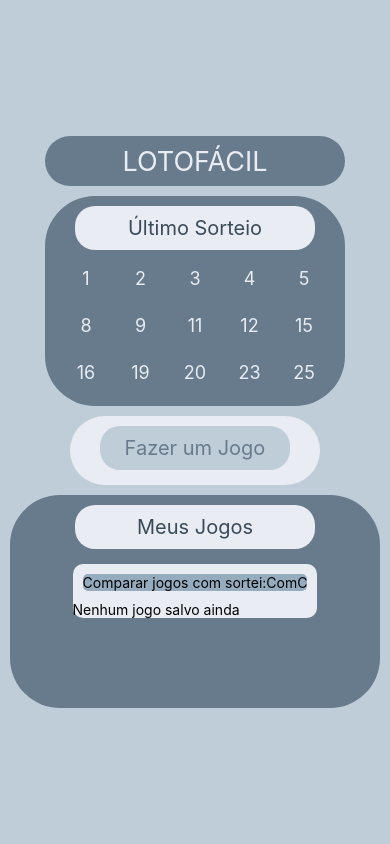
Repository: Deyvid-Kasteh/LotofacilApp
Screen: /
These files come from the project's save history. The screen is drawn as it stood at one moment and after the next save; the edit follows.
The app was drawn by React Native's web renderer in a window 390 px wide. The project was rebuilt for these pictures with package versions that can differ from the ones it lists, and the page was loaded fresh each time. Also part of the build but not shown: Bolhas.js, components/Resultado.js, paginaTESTE.js, paginaTESTE2.js, SeuComponentePai.js, components/Jogo.js, components/ResultadoTexte2.js.

Above is the screen before, as saved 2023-12-03 01:39:21.

After the next save:
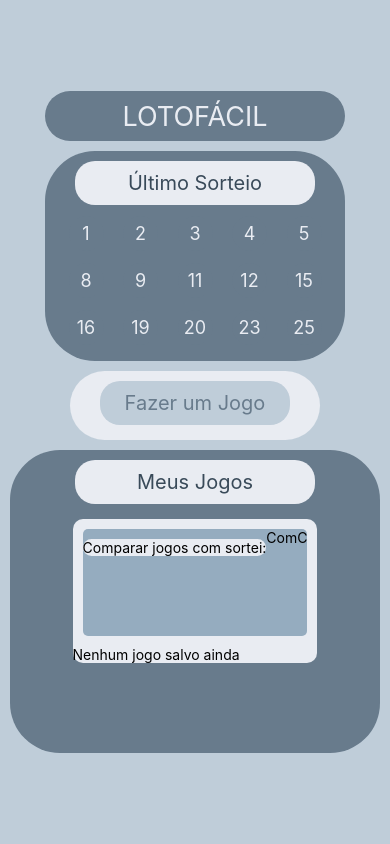
Saved 20 s later.
--- a/components/MostrarJogosSalvos.js
+++ b/components/MostrarJogosSalvos.js
@@ -61,7 +61,14 @@
           flexDirection: "row",
         }}
       >
-        <View>
+        <View
+          style={{
+            borderRadius: 10,
+            backgroundColor: Cores.cor1,
+            marginTop: 10,
+            marginBottom: 80,
+          }}
+        >
           <Text>Comparar jogos com sortei:</Text>
         </View>
         <View>

After the save that followed:
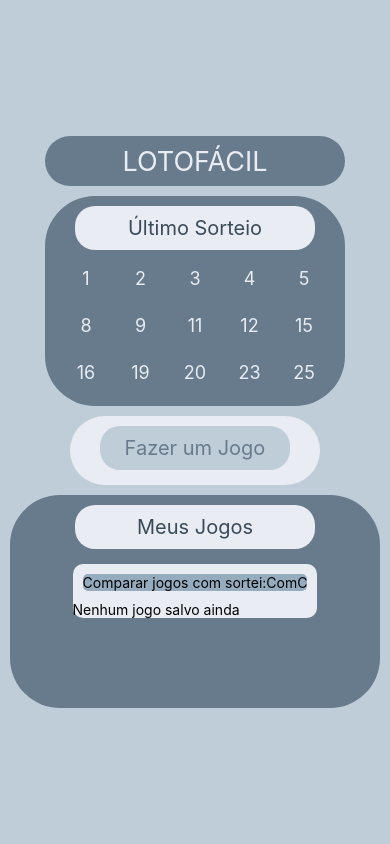
Saved 11 s later.
--- a/components/MostrarJogosSalvos.js
+++ b/components/MostrarJogosSalvos.js
@@ -61,14 +61,7 @@
           flexDirection: "row",
         }}
       >
-        <View
-          style={{
-            borderRadius: 10,
-            backgroundColor: Cores.cor1,
-            marginTop: 10,
-            marginBottom: 80,
-          }}
-        >
+        <View >
           <Text>Comparar jogos com sortei:</Text>
         </View>
         <View>
